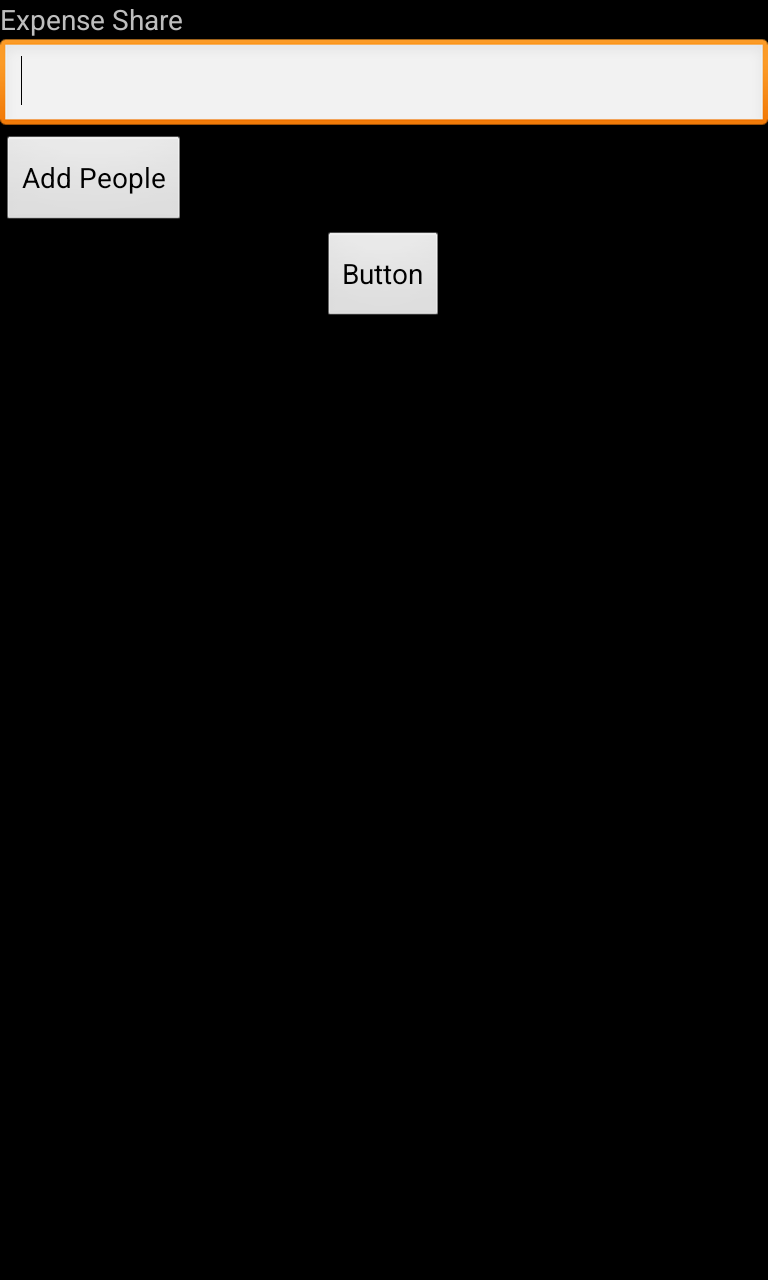
Repository: iyeranan/Expenses
Layout: Expenses/res/layout/main.xml
An editor plug-in stored every save of this project. The layout is shown before and after the next save, followed by the edit.
It is drawn on a 768 x 1280 px phone screen (xhdpi) without system bars, with theme android:Theme; the app's code is not run.

Above is the layout before, as saved 2012-01-07 19:19:36.

### Expenses/res/layout/main.xml
<?xml version="1.0" encoding="utf-8"?>
<LinearLayout xmlns:android="http://schemas.android.com/apk/res/android"
    android:orientation="vertical"
    android:layout_height="fill_parent" android:layout_width="fill_parent">
<TextView
    android:layout_width="fill_parent"
    android:layout_height="wrap_content"
    android:text="@string/hello"
    />
<EditText android:layout_height="wrap_content" android:layout_width="fill_parent" android:id="@+id/textPerson">
    <requestFocus></requestFocus>
</EditText>
<Button android:layout_width="wrap_content" android:layout_height="wrap_content" android:text="Add People" android:id="@+id/btnAddPeople"></Button>
<TableLayout android:layout_width="fill_parent" android:layout_height="wrap_content" android:id="@+id/tblPersons">
    <TableRow android:id="@+id/tableRow1" android:layout_width="wrap_content" android:layout_height="wrap_content"></TableRow>
    <TableRow android:id="@+id/tableRow2" android:layout_width="wrap_content" android:layout_height="wrap_content"></TableRow>
    <TableRow android:id="@+id/tableRow3" android:layout_width="wrap_content" android:layout_height="wrap_content"></TableRow>
    <TableRow android:id="@+id/tableRow4" android:layout_width="wrap_content" android:layout_height="wrap_content"></TableRow>
</TableLayout>
<Button android:id="@+id/button1" android:text="Button" android:layout_height="wrap_content" android:layout_width="wrap_content" android:layout_gravity="center_vertical|center_horizontal"></Button>
</LinearLayout>

### Expenses/res/values/strings.xml
<?xml version="1.0" encoding="utf-8"?>
<resources>
    <string name="hello">Expense Share</string>
    <string name="app_name">Expenses</string>
</resources>

After the next save:
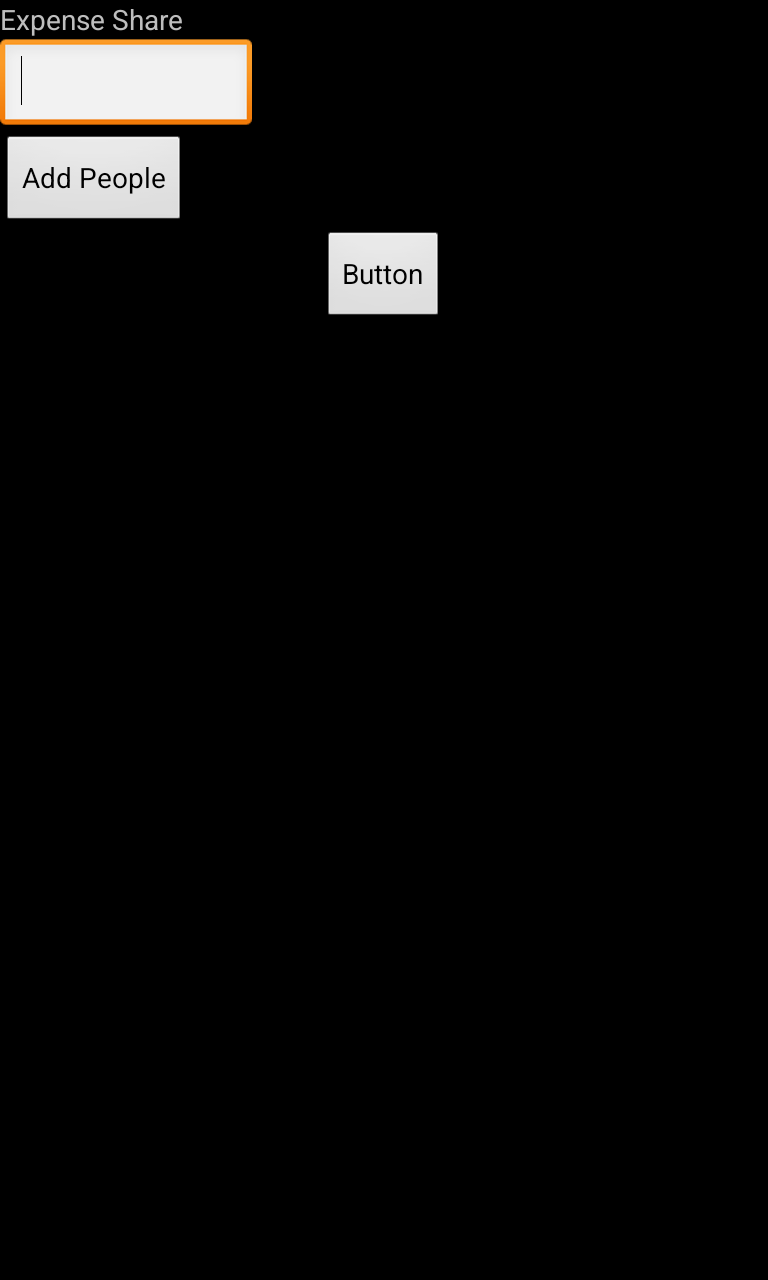
Saved 20 s later.
--- a/Expenses/res/layout/main.xml
+++ b/Expenses/res/layout/main.xml
@@ -7,7 +7,7 @@
     android:layout_height="wrap_content"
     android:text="@string/hello"
     />
-<EditText android:layout_height="wrap_content" android:layout_width="fill_parent" android:id="@+id/textPerson">
+<EditText android:layout_height="wrap_content" android:id="@+id/textPerson" android:layout_width="126dp">
     <requestFocus></requestFocus>
 </EditText>
 <Button android:layout_width="wrap_content" android:layout_height="wrap_content" android:text="Add People" android:id="@+id/btnAddPeople"></Button>
